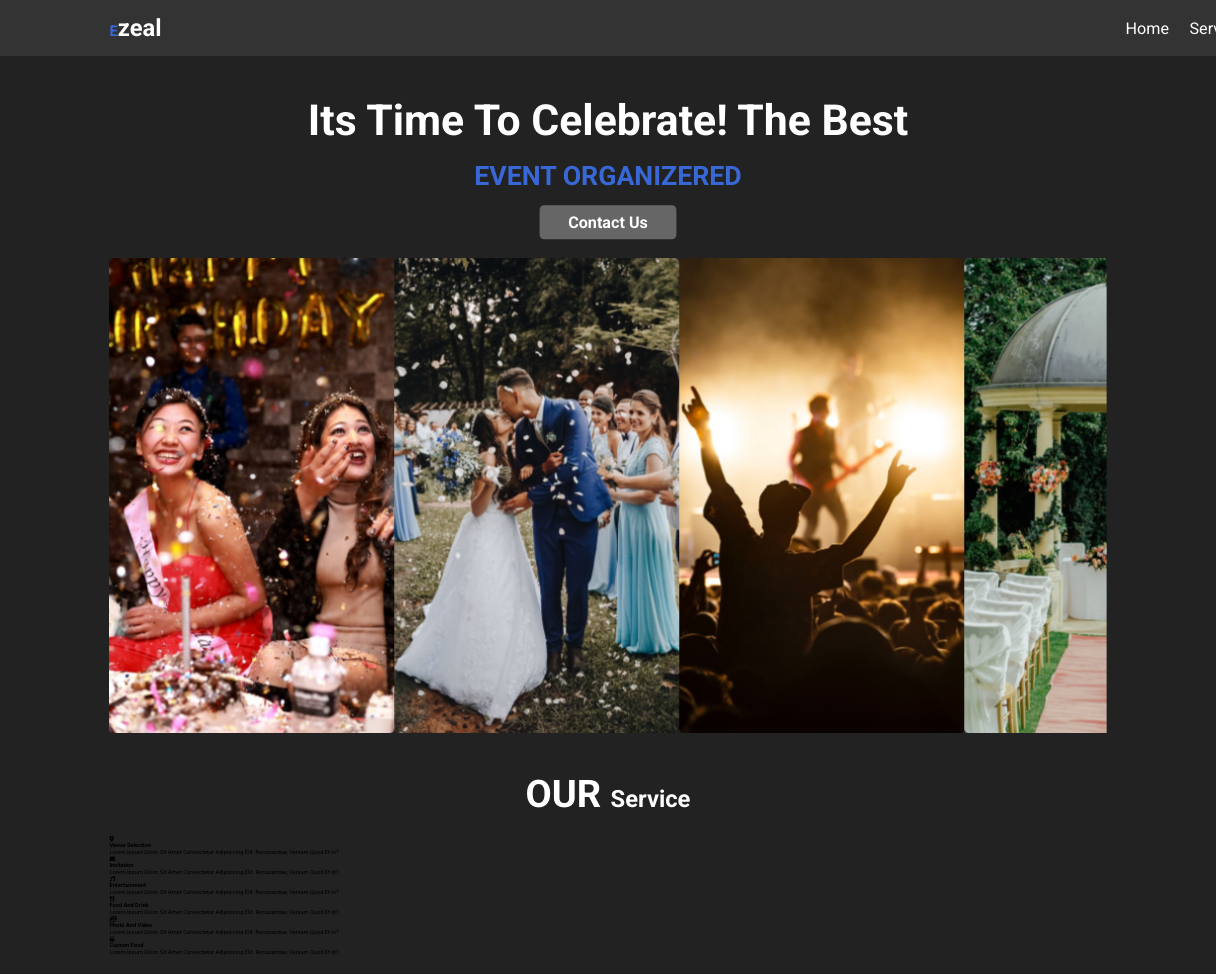
Repository: Jayce1607/First-clone
Page: html/index.html
These files come from the project's save history. The page is drawn as it stood at one moment and after the next save; the edit follows.
The browser window is 1280 px wide. The pictures show the whole page, at 95% of full size.

Above is the page before, as saved 2021-08-26 19:06:20.
Console error: ReferenceError: Swiper is not defined

After the next save:
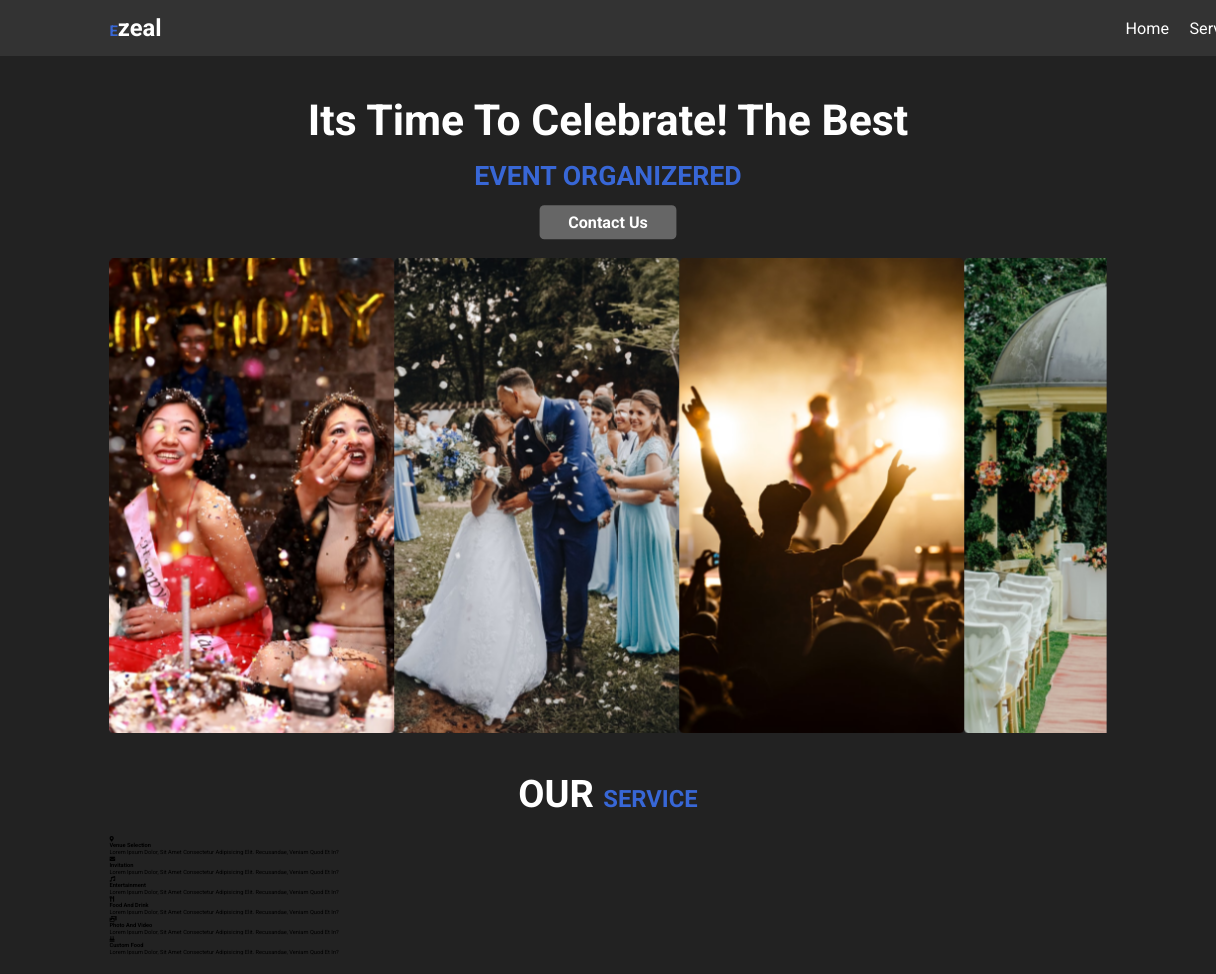
Saved 23 s later.
--- a/css/reset.css
+++ b/css/reset.css
@@ -54,3 +54,7 @@ section{
   text-transform: uppercase;
   font-size: 4rem;
 }
+.heading span{
+  color: var(--main-color);
+  text-transform: uppercase;
+}
